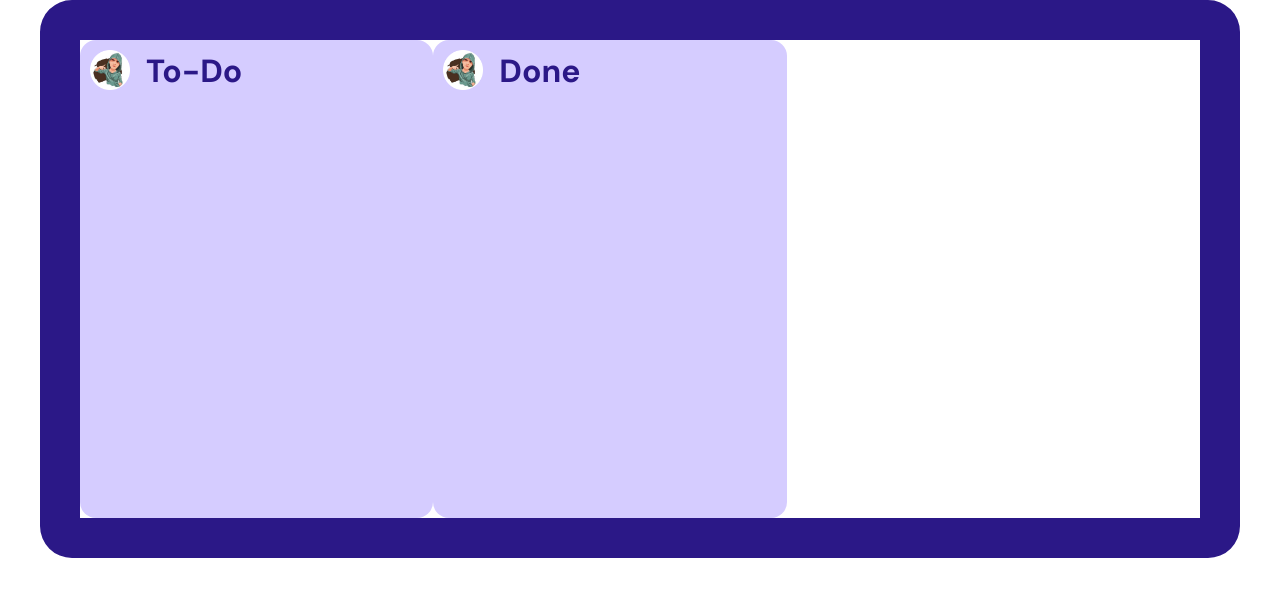
Repository: VitasYo/Kanban
Page: index.html
The author's editor kept a copy of each file at every save. The page is drawn from the files as they stood at one save, then again after the next save.
The browser window is 1280 px wide. The pictures show the whole page.

Above is the page before, as saved 2024-04-14 22:49:15.

### index.html
<!DOCTYPE html>
<html lang="en">
<head>
  <meta charset="UTF-8">
  <meta name="viewport" content="width=device-width, initial-scale=1.0">
  <link rel="stylesheet" href="./src/assets/css/index.css">
  <title>To-Do-List-Kanban</title>
</head>
<body>
  <main class="kanban">
    <section class="kanban__column kanban__column--to-do">
      <div class="kanban__title_and_icon">
        <img height=40 width=40 src="src/assets/img/Avatar.jpg" alt="Аватар">
        <h2 class="kanban__title">To-Do</h2>
      </div>

    </section>

    <section class="kanban__column kanban__column--done">
      <div class="kanban__title_and_icon">
        <img height=40 width=40 src="src/assets/img/Avatar.jpg" alt="Аватар">
        <h2 class="kanban__title">Done</h2>
      </div>
    </section>
  </main>
  </body>
<script src="./src/assets/js/index.js"></script>
</html>

### src/assets/css/index.css
@import url('https://fonts.googleapis.com/css2?family=DM+Sans:opsz,wght@9..40,100;9..40,200;9..40,300;9..40,400;9..40,500;9..40,600;9..40,700;9..40,800;9..40,900;9..40,1000&display=swap');
@import './component/_kanban.css';
@import './_media.css';



* {
  font-family: 'DM Sans', sans-serif;
}

* {
  box-sizing: border-box;
  margin: 0;
  padding: 0;
}

body {
  font-family: 'Arial', sans-serif;
  background-color: white;
  color: white;
  display: flex;
  flex-direction: column;
  min-height: 100vh;
}


.header__title,
.footer__text {
  margin: 0;
  padding: 10px 0;
}

.container {
  width: 100%;
  padding-right: 15px;
  padding-left: 15px;
  margin-right: auto;
  margin-left: auto;
}

### src/assets/css/component/_kanban.css
.kanban {
    display: flex;
    flex-wrap: wrap;
    flex-grow: 1;
    flex: 0 0 100%;
    border-radius: 32px;
    border: 40px solid #2B1887;
    margin: 0 40px;
}

.kanban__column {
    flex: 0 0 100%;
    height: 478px;
    background-color: #D5CCFF;
    border-radius: 16px;
    padding: 10px;

}

.kanban__title {
    color: #2B1887;
    font-size: 32px;
    margin-bottom: 24px;
    padding-left: 16px;
}

.kanban__title_and_icon {
    display: flex;
}

### src/assets/css/_media.css
@media (min-width: 576px) {
    .container {
        max-width: 540px;
    }
}

@media (min-width: 768px) {
    .container {
        max-width: 720px;
    }
}

@media (min-width: 992px) {
    .container {
        max-width: 960px;
    }
}

@media (min-width: 1200px) {
    .container {
        max-width: 1140px;
    }
}

@media (min-width: 1400px) {
    .container {
        max-width: 1320px;
    }
}

@media screen and (min-width: 640px) {
    .kanban__column {
        flex: 0 0 calc(33.333% - 20px);
    }
}

Loaded but not shown: src/assets/js/index.js (no stored copy; drawn as an empty file)

After the next save:
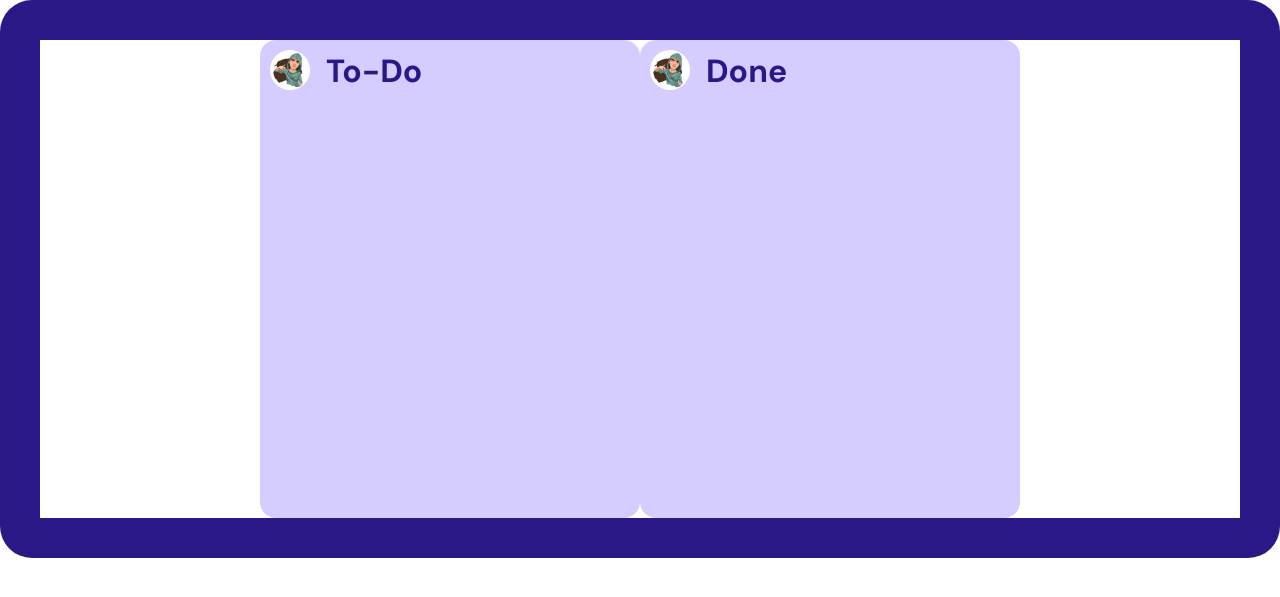
Saved 15 s later.
--- a/src/assets/css/component/_kanban.css
+++ b/src/assets/css/component/_kanban.css
@@ -1,11 +1,11 @@
 .kanban {
     display: flex;
     flex-wrap: wrap;
+    justify-content:center;
     flex-grow: 1;
     flex: 0 0 100%;
     border-radius: 32px;
     border: 40px solid #2B1887;
-    margin: 0 40px;
 }
 
 .kanban__column {
